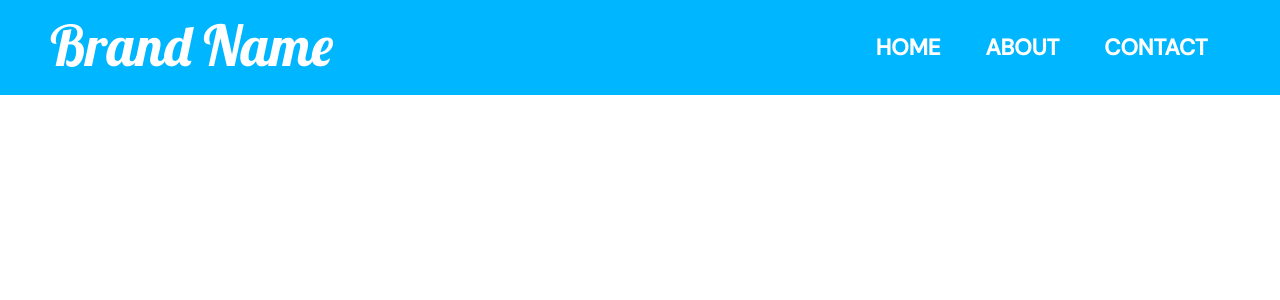
Repository: Jrap-bit/PeriodofSharing
Page: index.html
These files come from the project's save history. The page is drawn as it stood at one moment and after the next save; the edit follows.
The browser window is 1280 px wide. The pictures show the whole page.

Above is the page before, as saved 2022-01-13 21:27:37.

### index.html
<!DOCTYPE html>
<html lang="en">
<head>
    <meta charset="UTF-8">
    <meta http-equiv="X-UA-Compatible" content="IE=edge">
    <meta name="viewport" content="width=device-width, initial-scale=1.0">
    <link rel='stylesheet' href = 'style.css'>
    <title>Women</title>
</head>
<body>
    <nav class="navbar">
        <div class="brand-title">
            Brand Name
        </div>
        <a href="#" class="toggle-button">
            <span class="bar"></span>
            <span class="bar"></span>
            <span class="bar"></span>
        </a>
        <div class="navbar-links">
            <ul>
                <li><a href="#Home">HOME</a></li>
                <li><a href="#About">ABOUT</a></li>
                <li><a href="#Contact">CONTACT</a></li>
            </ul>
        </div>
    </nav>
</body>
</html>

### style.css
@import url('https://fonts.googleapis.com/css2?family=DM+Sans:wght@500&display=swap');
@import url('https://fonts.googleapis.com/css2?family=Bebas+Neue&family=Lobster&family=Permanent+Marker&display=swap');

* {
    box-sizing: border-box;
    font-family: 'DM Sans', sans-serif;
}

body {
    margin: 0;
    padding: 0;
}

html{
    scroll-behavior: smooth;
}

.navbar{
    display: flex;
    justify-content: space-between;
    align-items: center;
    background-color: rgb(0, 183, 255);
    color: white;

}

.brand-title{
    font-family: 'Lobster', cursive;
    font-size: 3.5rem;
    margin: 10px 50px;
    margin-bottom: 15px;

}

.navbar-links ul{
    margin: 10px 50px 10px 50px;
    display: flex;
}

.navbar-links li {
    font-family: 'Permanent Marker', cursive;
    font-weight: bold;
    list-style: none;
    font-size: 1.4rem;

}

.navbar-links li a{
    text-decoration: none;
    color: white;
    padding: 1.4rem;
    display: block;
}

.navbar-links li:hover{
    background-color: rgb(1, 54, 75);
}

.toggle-button {
    position: absolute;
    top: .75rem;
    right: 1rem;
    display: none;
    flex-direction: column;
    justify-content: space-between;
    width: 30px;
    height: 21px;
}

.toggle-button .bar{
    height: 3px;
    width: 100%;
    background-color: white;
    border-radius: 10px;
}

@media (max-width: 800px) {
    .toggle-button{
        display: flex;
    }
    .navbar-links{
        display: none;
        width: 100%;
    }

    .navbar{
        flex-direction: column;
        align-items: flex-start;
    }

    .navbar-links ul {
        flex-direction: column;
        width: 100%;

    }

    .navbar-links li{
        text-align: center;
    }

    .navbar-links li a{
        padding: 0.5rem 1rem;
    }

    .navbar-links.active{
        display: flex;
    }

    .toggle-button:hover{
        background-color: #666;
    }
}

After the next save:
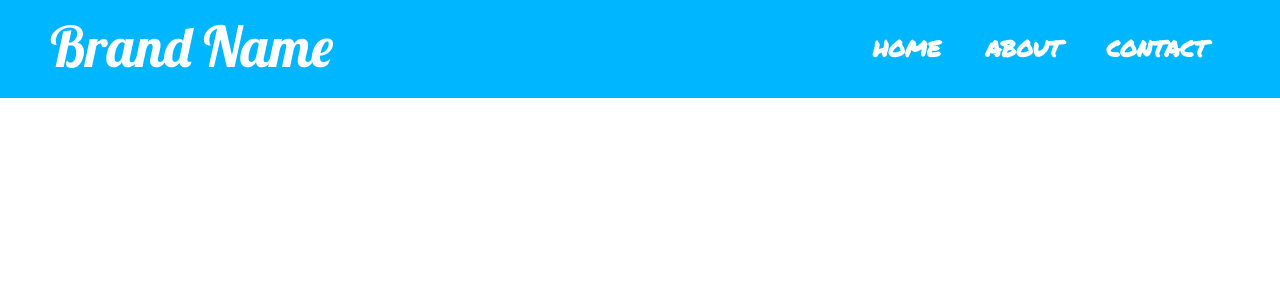
Saved 43 s later.
--- a/style.css
+++ b/style.css
@@ -46,6 +46,7 @@ html{
 }
 
 .navbar-links li a{
+    font-family: 'Permanent Marker', cursive;
     text-decoration: none;
     color: white;
     padding: 1.4rem;
